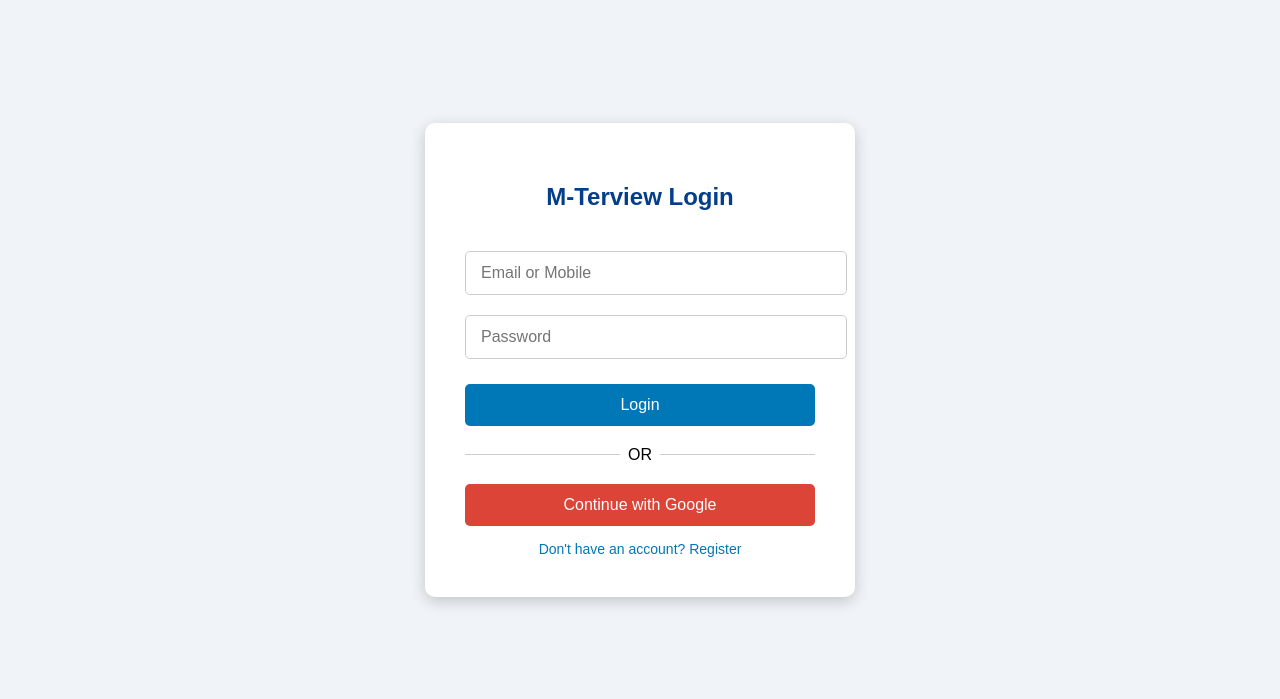
Repository: Mathin04/Online-Interview-Platform-
Page: urls/login.html
These files come from the project's save history. The page is drawn as it stood at one moment and after the next save; the edit follows.
The browser window is 1280 px wide. The pictures show the whole page.

Above is the page before, as saved 2025-10-08 14:12:58.

### urls/login.html
<!DOCTYPE html>
<html lang="en">
<head>
  <meta charset="UTF-8">
  <title>Login | M-Terview</title>
  <style>
    body {
      font-family: Arial, sans-serif;
      margin: 0;
      padding: 0;
      background: #f0f4f8;
      display: flex;
      justify-content: center;
      align-items: center;
      height: 100vh;
    }

    .login-container {
      background: white;
      padding: 40px;
      border-radius: 10px;
      box-shadow: 0 4px 15px rgba(0,0,0,0.2);
      width: 350px;
      text-align: center;
    }

    .login-container h2 {
      margin-bottom: 30px;
      color: #023e8a;
    }

    input[type="text"], input[type="password"] {
      width: 100%;
      padding: 12px 15px;
      margin: 10px 0;
      border: 1px solid #ccc;
      border-radius: 5px;
      font-size: 16px;
    }

    .login-btn {
      width: 100%;
      padding: 12px;
      margin-top: 15px;
      background: #0077b6;
      color: white;
      border: none;
      border-radius: 5px;
      font-size: 16px;
      cursor: pointer;
      transition: 0.3s;
    }

    .login-btn:hover {
      background: #023e8a;
    }

    .divider {
      display: flex;
      align-items: center;
      text-align: center;
      margin: 20px 0;
    }

    .divider::before, .divider::after {
      content: '';
      flex: 1;
      border-bottom: 1px solid #ccc;
    }

    .divider:not(:empty)::before {
      margin-right: .5em;
    }

    .divider:not(:empty)::after {
      margin-left: .5em;
    }

    .google-btn {
      width: 100%;
      padding: 12px;
      background: #db4437;
      color: white;
      border: none;
      border-radius: 5px;
      font-size: 16px;
      cursor: pointer;
      transition: 0.3s;
    }

    .google-btn:hover {
      background: #c1351d;
    }

    .error {
      color: red;
      font-size: 14px;
      margin-top: 10px;
    }

    .login-container a {
      display: block;
      margin-top: 15px;
      color: #0077b6;
      text-decoration: none;
      font-size: 14px;
    }

    .login-container a:hover {
      text-decoration: underline;
    }
  </style>
</head>
<body>

<div class="login-container">
  <h2>M-Terview Login</h2>

  <input type="text" id="userInput" placeholder="Email or Mobile">
  <input type="password" id="password" placeholder="Password">
  <button class="login-btn" onclick="login()">Login</button>

  <div class="error" id="errorMsg"></div>

  <div class="divider">OR</div>

  <button class="google-btn" onclick="loginWithGoogle()">Continue with Google</button>

  <a href="register.html">Don't have an account? Register</a>
</div>

<script>
  // Demo authentication data
  const demoUsers = [
    { user: "test@gmail.com", password: "123456" },
    { user: "9876543210", password: "abcdef" }
  ];

  function login() {
    const input = document.getElementById("userInput").value;
    const password = document.getElementById("password").value;
    const errorMsg = document.getElementById("errorMsg");

    const user = demoUsers.find(u => u.user === input && u.password === password);

    if(user) {
      errorMsg.textContent = "";
      alert("Login successful! Redirecting to dashboard...");
      // Redirect to home page or dashboard
      window.location.href = "index.html";
    } else {
      errorMsg.textContent = "Invalid Email/Mobile or Password!";
    }
  }

  function loginWithGoogle() {
    alert("Google login clicked! Integrate OAuth here.");
    // In real app, redirect to Google OAuth flow
  }
</script>

</body>
</html>

After the next save:
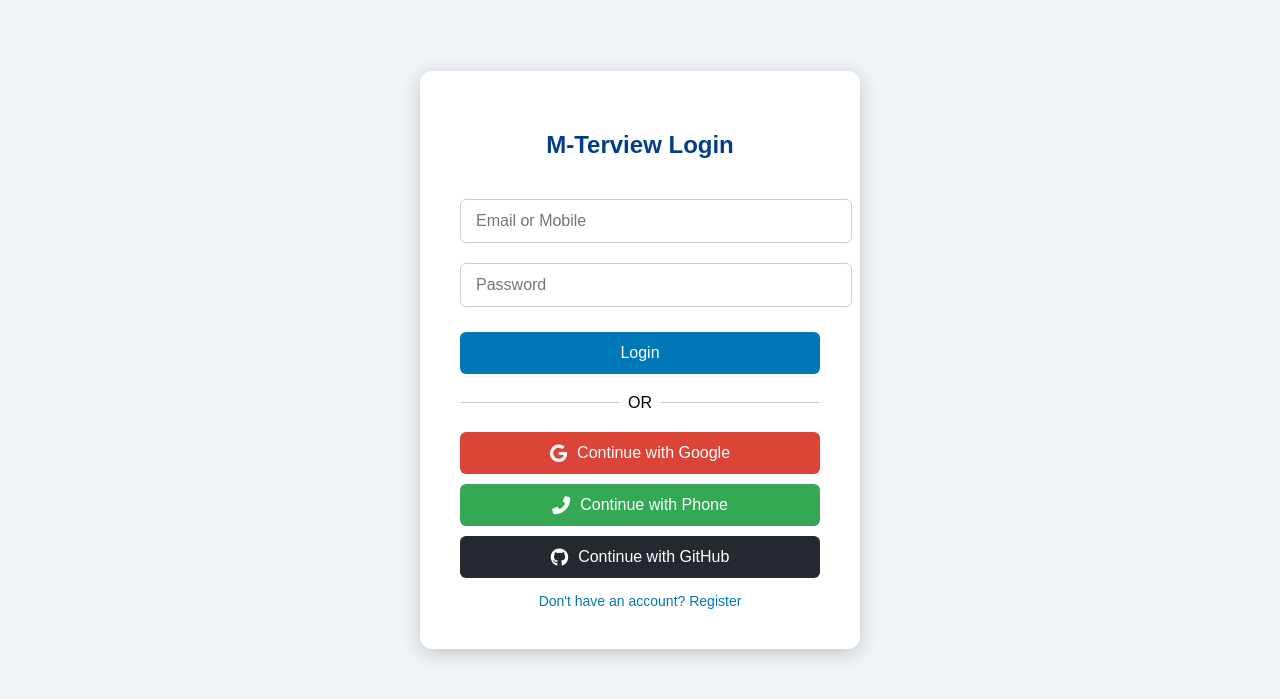
Saved 116 s later.
--- a/urls/login.html
+++ b/urls/login.html
@@ -3,6 +3,7 @@
 <head>
   <meta charset="UTF-8">
   <title>Login | M-Terview</title>
+  <link rel="stylesheet" href="https://cdnjs.cloudflare.com/ajax/libs/font-awesome/6.4.0/css/all.min.css">
   <style>
     body {
       font-family: Arial, sans-serif;
@@ -18,9 +19,9 @@
     .login-container {
       background: white;
       padding: 40px;
-      border-radius: 10px;
-      box-shadow: 0 4px 15px rgba(0,0,0,0.2);
-      width: 350px;
+      border-radius: 12px;
+      box-shadow: 0 4px 20px rgba(0,0,0,0.2);
+      width: 360px;
       text-align: center;
     }
 
@@ -34,7 +35,7 @@
       padding: 12px 15px;
       margin: 10px 0;
       border: 1px solid #ccc;
-      border-radius: 5px;
+      border-radius: 6px;
       font-size: 16px;
     }
 
@@ -45,7 +46,7 @@
       background: #0077b6;
       color: white;
       border: none;
-      border-radius: 5px;
+      border-radius: 6px;
       font-size: 16px;
       cursor: pointer;
       transition: 0.3s;
@@ -76,20 +77,50 @@
       margin-left: .5em;
     }
 
-    .google-btn {
+    .social-btn {
       width: 100%;
       padding: 12px;
-      background: #db4437;
-      color: white;
       border: none;
-      border-radius: 5px;
+      border-radius: 6px;
       font-size: 16px;
       cursor: pointer;
+      margin-bottom: 10px;
+      display: flex;
+      align-items: center;
+      justify-content: center;
       transition: 0.3s;
     }
 
-    .google-btn:hover {
+    .social-btn i {
+      margin-right: 10px;
+      font-size: 18px;
+    }
+
+    .google {
+      background: #db4437;
+      color: white;
+    }
+
+    .google:hover {
       background: #c1351d;
+    }
+
+    .phone {
+      background: #34a853;
+      color: white;
+    }
+
+    .phone:hover {
+      background: #0f7c3d;
+    }
+
+    .github {
+      background: #24292f;
+      color: white;
+    }
+
+    .github:hover {
+      background: #0d1117;
     }
 
     .error {
@@ -124,13 +155,20 @@
 
   <div class="divider">OR</div>
 
-  <button class="google-btn" onclick="loginWithGoogle()">Continue with Google</button>
+  <button class="social-btn google" onclick="loginWithGoogle()">
+    <i class="fab fa-google"></i> Continue with Google
+  </button>
+  <button class="social-btn phone" onclick="loginWithPhone()">
+    <i class="fas fa-phone-alt"></i> Continue with Phone
+  </button>
+  <button class="social-btn github" onclick="loginWithGitHub()">
+    <i class="fab fa-github"></i> Continue with GitHub
+  </button>
 
   <a href="register.html">Don't have an account? Register</a>
 </div>
 
 <script>
-  // Demo authentication data
   const demoUsers = [
     { user: "test@gmail.com", password: "123456" },
     { user: "9876543210", password: "abcdef" }
@@ -145,8 +183,7 @@
 
     if(user) {
       errorMsg.textContent = "";
-      alert("Login successful! Redirecting to dashboard...");
-      // Redirect to home page or dashboard
+      alert("Login successful! Redirecting...");
       window.location.href = "index.html";
     } else {
       errorMsg.textContent = "Invalid Email/Mobile or Password!";
@@ -155,7 +192,14 @@
 
   function loginWithGoogle() {
     alert("Google login clicked! Integrate OAuth here.");
-    // In real app, redirect to Google OAuth flow
+  }
+
+  function loginWithPhone() {
+    alert("Phone login clicked! Integrate OTP verification here.");
+  }
+
+  function loginWithGitHub() {
+    alert("GitHub login clicked! Integrate OAuth here.");
   }
 </script>
 
